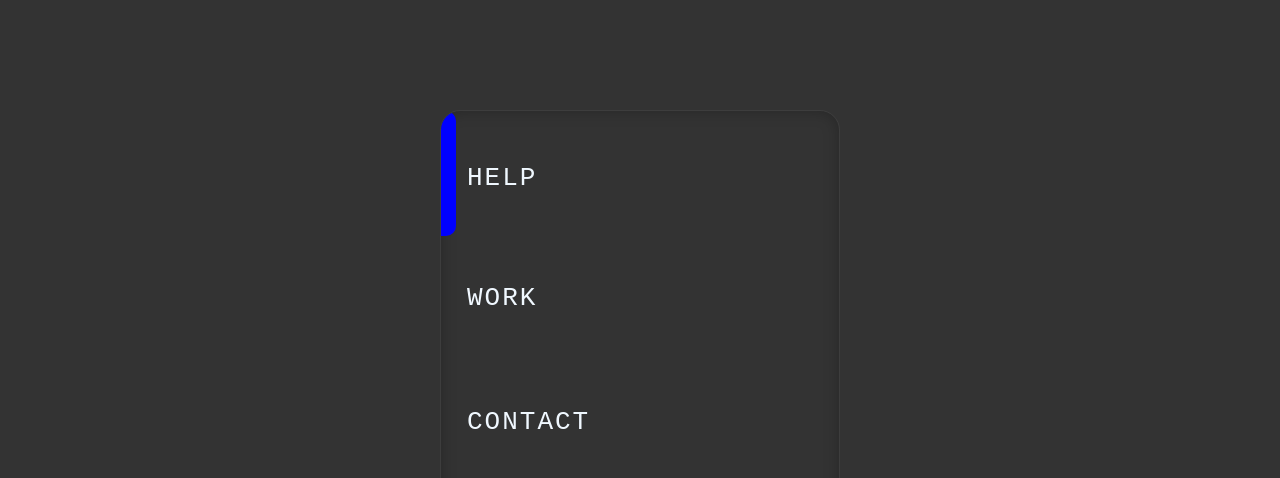
Repository: Rostyk-qq/Projects_Web
Page: menuRanLine/ranLine.html
The author's editor kept a copy of each file at every save. The page is drawn from the files as they stood at one save, then again after a run of saves.
The browser window is 1280 px wide. The pictures show the whole page.

Above is the page before, as saved 2023-09-30 03:08:06.

After the next 2 saves:
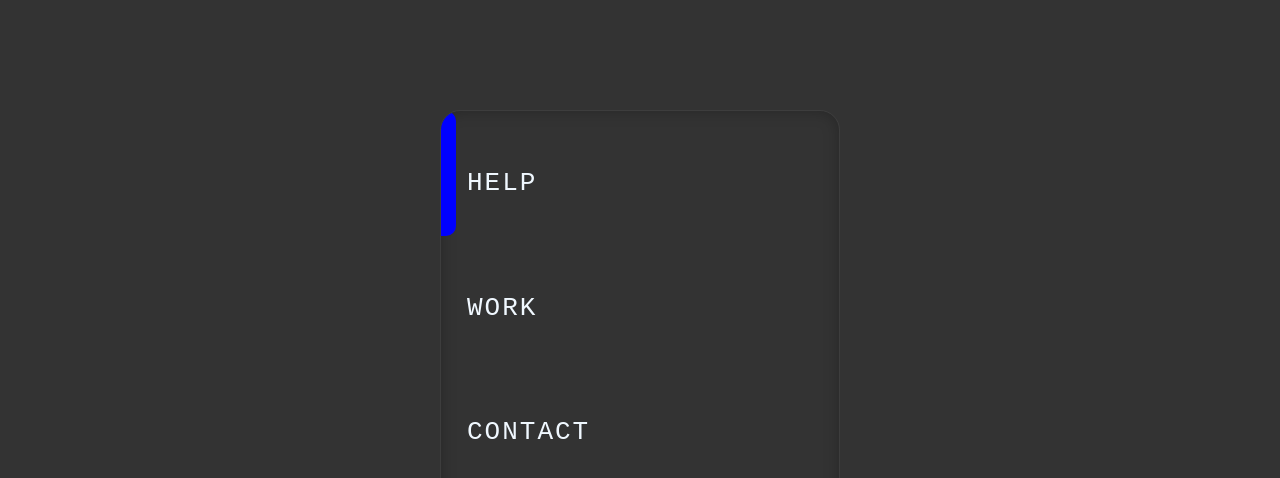
The 2 saves are shown as one change because they came seconds apart.
The last was saved 6 s later.
--- a/menuRanLine/ranLine.css
+++ b/menuRanLine/ranLine.css
@@ -34,7 +34,7 @@ body{
     align-items: center;
 }
 .menu__list:nth-child(1){
-    padding-top: 10px;
+    margin-top: 10px;
 }
 .menu__list:nth-child(4){
     margin-bottom: 10px;
